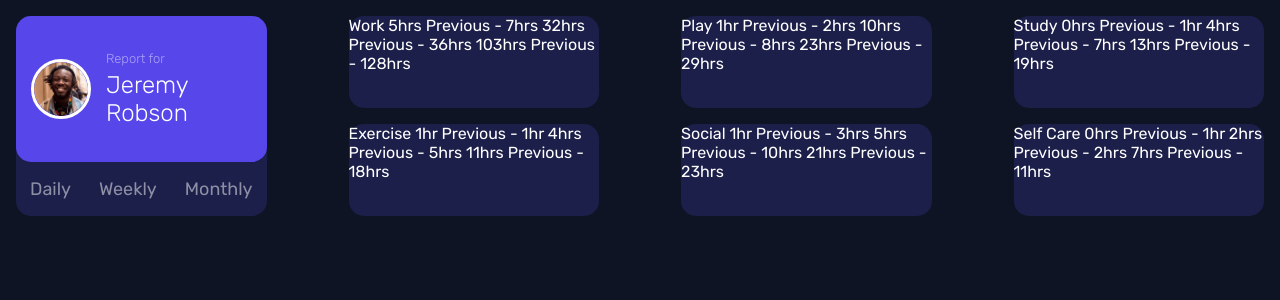
Repository: 3mr-5aled/time-tracking-dashboard-Junior
Page: index.html
The author's editor kept a copy of each file at every save. The page is drawn from the files as they stood at one save, then again after the next save.
The browser window is 1280 px wide. The pictures show the whole page.

Above is the page before, as saved 2022-12-27 18:50:06.

After the next save:
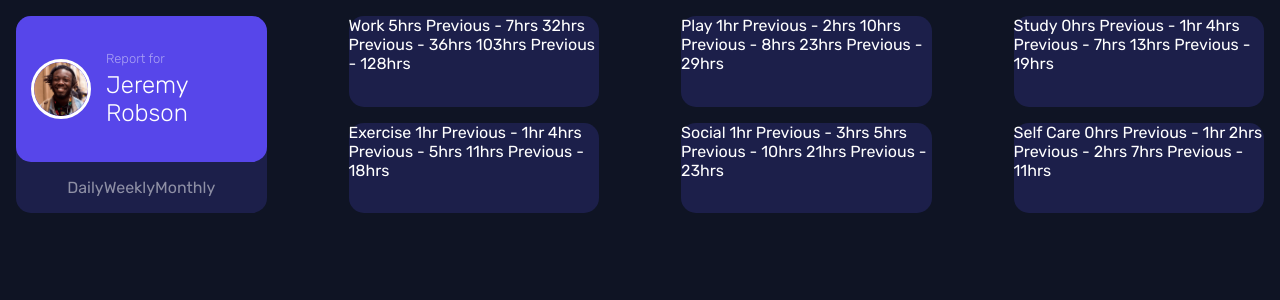
Saved 8 s later.
--- a/style.css
+++ b/style.css
@@ -100,14 +100,14 @@ img {
   margin: 1rem 0;
   display: flex;
   align-items: center;
-  justify-content: space-around;
+  justify-content: center;
   flex-direction: row;
 }
 
 .filter button {
   background: transparent;
   border: none;
-  font-size: large;
+  font-size: medium;
   color: rgba(255, 255, 255, 0.5);
 }
 .filter button:hover {
